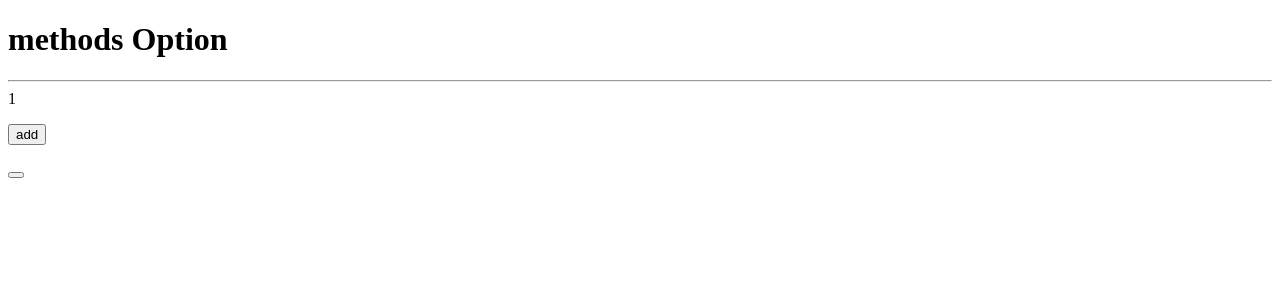
Repository: 13982720426/vue2.0-LearningNotes
Page: example/methods.html
An editor plug-in stored every save of this project. The page is shown before and after the next save, followed by the edit.
The browser window is 1280 px wide. The pictures show the whole page.

Above is the page before, as saved 2021-06-25 20:38:26.

After the next save:
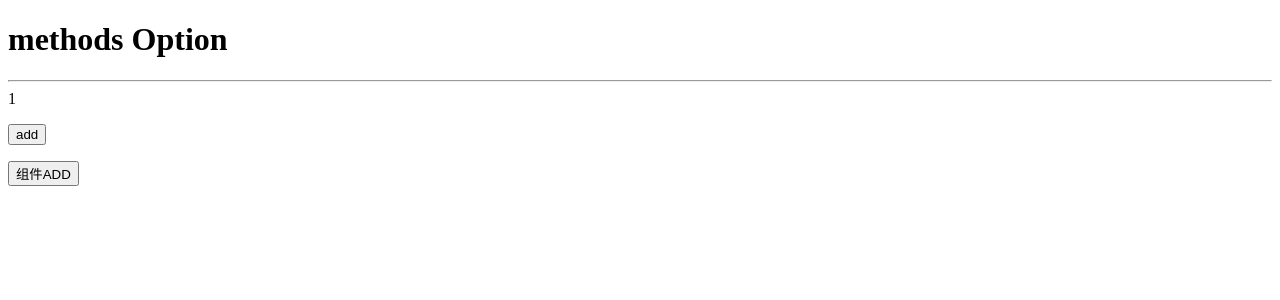
Saved 34 s later.
--- a/example/methods.html
+++ b/example/methods.html
@@ -15,7 +15,7 @@
       <p>
         <button @click="add(2)">add</button>
       </p>
-      <p><button></button></p>
+      <p><btn></btn></p>
     </div>
     <script type="text/javascript">
       var btn = {
